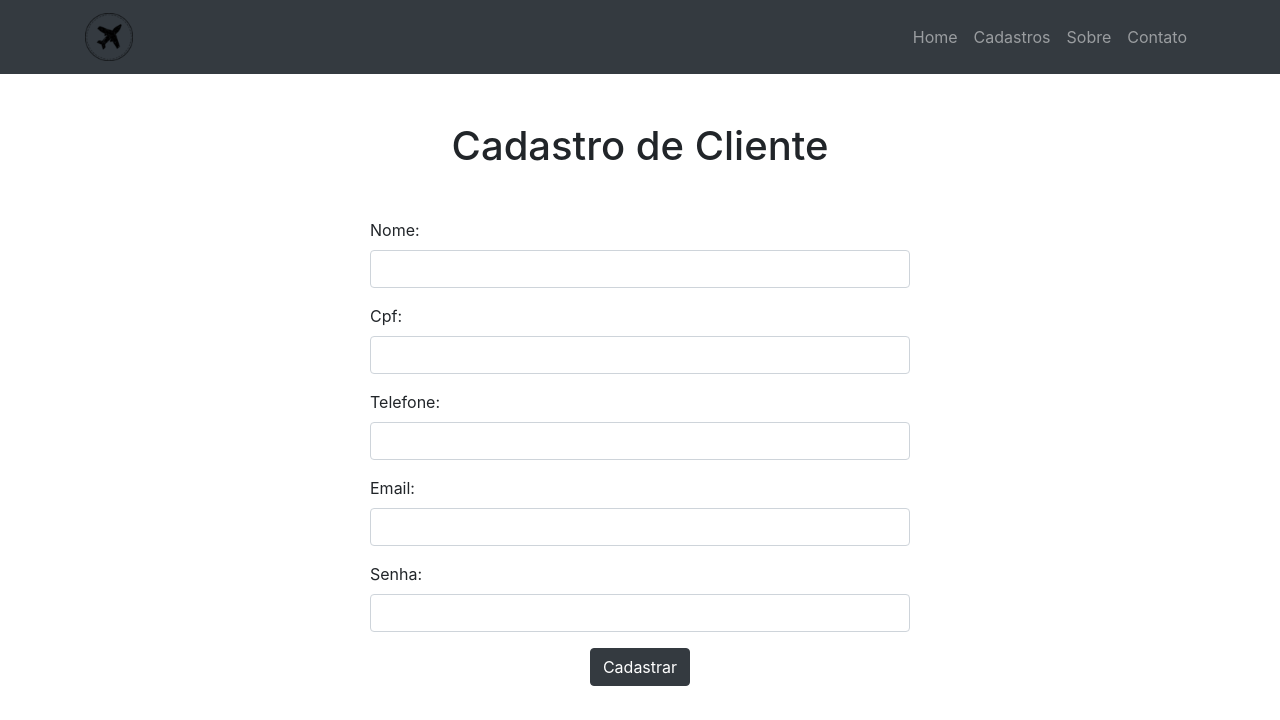
Repository: marcelledssantos/PotterTravel-MVC
Page: http://localhost/PotterTravel-MVC/cadastro.jsp
An editor plug-in stored every save of this project. The page is shown before and after the next save, followed by the edit.
The browser window is 1280 px wide. The pictures show the whole page.
Some web libraries are served in a nearby version. The page is served by Tomcat 9. Other server files are loaded and not shown.

Above is the page before, as saved 2023-11-02 23:48:21.

### PotterTravel-MVC/src/main/webapp/cadastro.jsp
<%@ page language="java" contentType="text/html; charset=UTF-8"
	pageEncoding="UTF-8"%>
<!DOCTYPE html>
<html>
<head>
<meta charset="UTF-8">

<link rel="stylesheet" href="https://maxcdn.bootstrapcdn.com/bootstrap/4.5.2/css/bootstrap.min.css">
<title>Create</title>
</head>
<body>
    <!-- Cabeçalho -->
    <header>
       <nav class="navbar navbar-expand-lg navbar-dark  bg-dark text-light">
            <div class="container">
                <a class="navbar-brand" href="#"><img src="./Icon/aviao.png"height="48px"></a>
                <button class="navbar-toggler" type="button" data-toggle="collapse" data-target="#navbarNav" aria-controls="navbarNav" aria-expanded="false" aria-label="Toggle navigation">
                    <span class="navbar-toggler-icon"></span>
                </button>
                <div class="collapse navbar-collapse" id="navbarNav">
                    <ul class="navbar-nav ml-auto">
                        <li class="nav-item">
                            <a class="nav-link" href="index.html">Home</a>
                        </li>
                        <li class="nav-item">
                            <a class="nav-link" href="./ReadController">Cadastros</a>
                        </li>
                        <li class="nav-item">
                            <a class="nav-link" href="#">Sobre</a>
                        </li>
                        <li class="nav-item">
                            <a class="nav-link" href="#">Contato</a>
                        </li>
                    </ul>
                </div>
            </div>
        </nav>
    </header>
	<div class="container">
		<div class="row justify-content-center">
			<div class="col-md-6">
				<h1 class="mt-5 text-center" >Cadastro de Cliente</h1>
				<form class="mt-5" action="CreateController" method="post">
					<div class="form-group">
						<label for="nome">Nome:</label> <input type="text"
							class="form-control" id="nome" name="nome" required>
					</div>
					<div class="form-group">
						<label for="nome">Cpf:</label> <input type="text"
							class="form-control" id="cpf" name="cpf" required>
					</div>
					<div class="form-group">
						<label for="nome">Telefone:</label> <input type="text"
							class="form-control" id="telefone" name="telefone" required>
					</div>

					<div class="form-group">
						<label for="login">Email:</label> <input type="email"
							class="form-control" id="email" name="email" required>
					</div>
					<div class="form-group">
						<label for="senha">Senha:</label> <input type="password"
							class="form-control" id="senha" name="senha" required>
					</div>
					<div class="col-12 text-center">
					<button type="submit" class="btn btn-dark mx auto">Cadastrar</button>
					</div>

				</form>
			</div>
		</div>
	</div>
	 <!-- Rodapé -->


	<!-- Inclua os scripts do Bootstrap via CDN -->
	<script src="https://code.jquery.com/jquery-3.5.1.slim.min.js"></script>
	<script
		src="https://cdn.jsdelivr.net/npm/@popperjs/core@2.5.3/dist/umd/popper.min.js"></script>
	<script
		src="https://maxcdn.bootstrapcdn.com/bootstrap/4.5.2/js/bootstrap.min.js"></script>

</body>
</html>

After the next save:
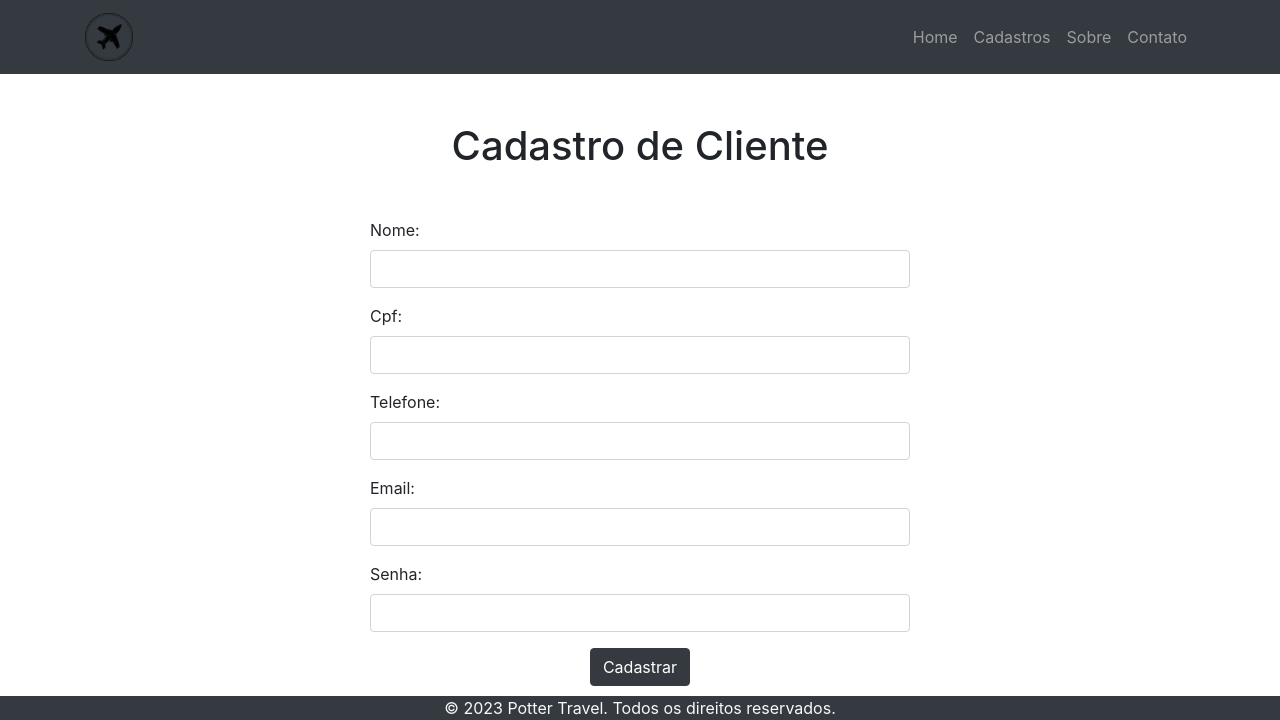
Saved 54 s later.
--- a/PotterTravel-MVC/src/main/webapp/cadastro.jsp
+++ b/PotterTravel-MVC/src/main/webapp/cadastro.jsp
@@ -65,11 +65,14 @@
 					<div class="col-12 text-center">
 					<button type="submit" class="btn btn-dark mx auto">Cadastrar</button>
 					</div>
-
 				</form>
 			</div>
 		</div>
 	</div>
+
+	 <footer class="bg-dark text-light text-center mt -5 fixed-bottom">
+        &copy; 2023 Potter Travel. Todos os direitos reservados.
+    </footer>
 	 <!-- Rodapé -->
 
 
